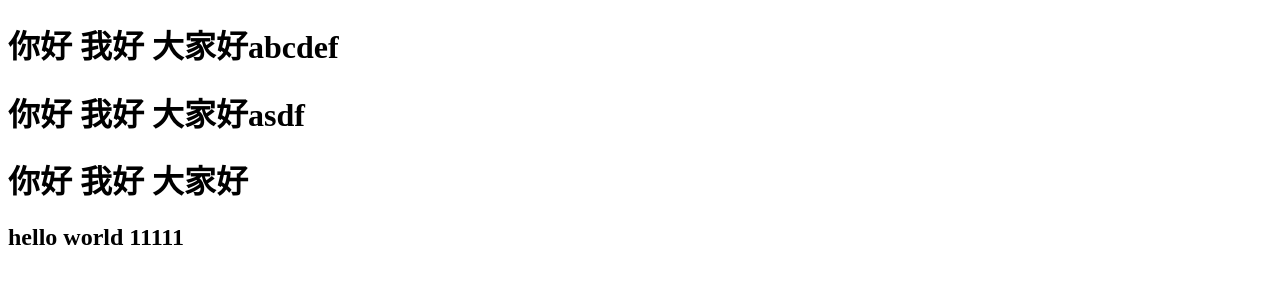
Repository: lxf211713/lxfcode
Page: vue_pro1/03.html
These files come from the project's save history. The page is drawn as it stood at one moment and after the next save; the edit follows.
The browser window is 1280 px wide. The pictures show the whole page.

Above is the page before, as saved 2020-04-12 11:29:34.

After the next save:
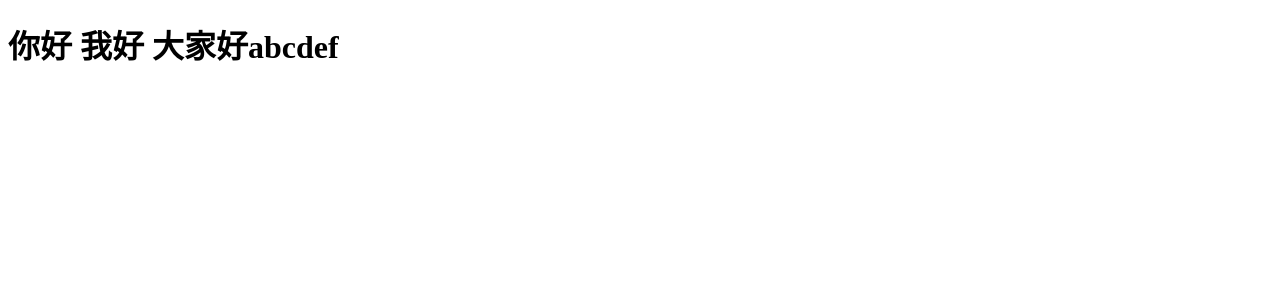
Saved 7 s later.
--- a/vue_pro1/03.html
+++ b/vue_pro1/03.html
@@ -8,9 +8,7 @@
 </head>
 <body>
     <h1>你好 我好 大家好abcdef</h1>
-    <h1>你好 我好 大家好asdf</h1>
-    <h1>你好 我好 大家好</h1>
-    <h2>hello world  11111</h2>
+
 
 
 </body>
